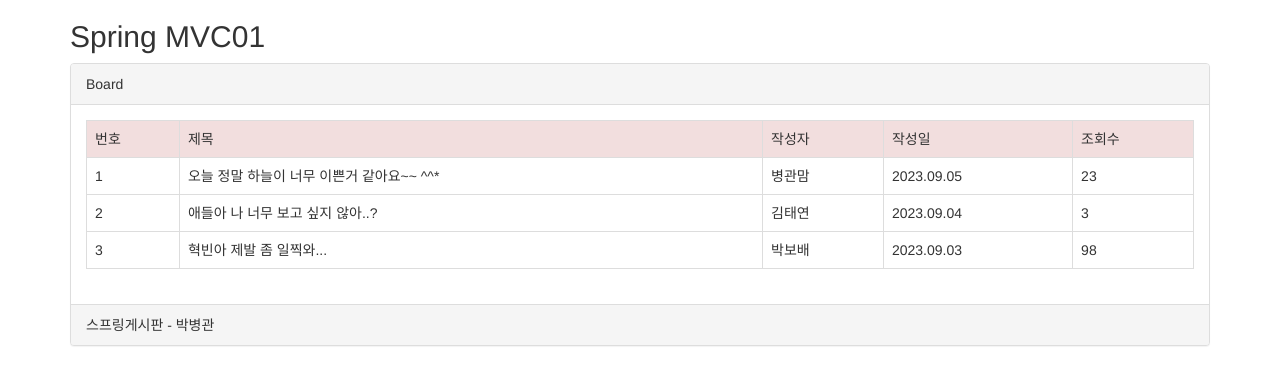
Repository: juhyun98/Spring
Page: http://localhost/SpringMVC01/boardList.do
An editor plug-in stored every save of this project. The page is shown before and after the next save, followed by the edit.
The browser window is 1280 px wide. The pictures show the whole page.
The page is served by Tomcat 9. Other server files are loaded and not shown.

Above is the page before, as saved 2023-09-05 02:13:00.

### SpringMVC01/src/main/webapp/WEB-INF/views/boardList.jsp
<%@ page language="java" contentType="text/html; charset=UTF-8"
	pageEncoding="UTF-8"%>
<%@ taglib prefix="c" uri="http://java.sun.com/jsp/jstl/core" %>
<!DOCTYPE html>
<html>
<head>
<meta charset="UTF-8">
<link rel="stylesheet" href="https://maxcdn.bootstrapcdn.com/bootstrap/3.4.1/css/bootstrap.min.css">
<script src="https://ajax.googleapis.com/ajax/libs/jquery/3.6.4/jquery.min.js"></script>
<script src="https://maxcdn.bootstrapcdn.com/bootstrap/3.4.1/js/bootstrap.min.js"></script>
<title>Insert title here</title>
</head>
<body>

	<div class="container">
		<h2>Spring MVC01</h2>
		<div class="panel panel-default">
			<div class="panel-heading">Board</div>
			<div class="panel-body">
				<table class="table table-bordered table-hover">
					<tr class="danger">
						<td>번호</td>
						<td>제목</td>
						<td>작성자</td>
						<td>작성일</td>
						<td>조회수</td>
					</tr>

					<tr>
						<td>1</td>
						<td>오늘 정말 하늘이 너무 이쁜거 같아요~~ ^^*</td>
						<td>병관맘</td>
						<td>2023.09.05</td>
						<td>23</td>
					</tr>

					<tr>
						<td>2</td>
						<td>애들아 나 너무 보고 싶지 않아..?</td>
						<td>김태연</td>
						<td>2023.09.04</td>
						<td>3</td>
					</tr>

					<tr>
						<td>3</td>
						<td>혁빈아 제발 좀 일찍와...</td>
						<td>박보배</td>
						<td>2023.09.03</td>
						<td>98</td>
					</tr>

				</table>
			</div>
			<div class="panel-footer">스프링게시판 - 박병관</div>
		</div>
	</div>

</body>
</html>

After the next save:
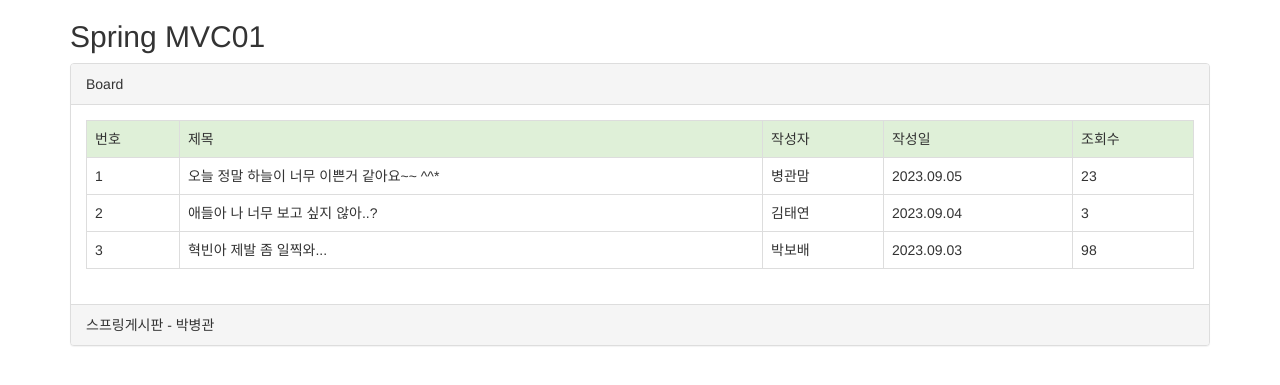
Saved 9 s later.
--- a/SpringMVC01/src/main/webapp/WEB-INF/views/boardList.jsp
+++ b/SpringMVC01/src/main/webapp/WEB-INF/views/boardList.jsp
@@ -18,7 +18,7 @@
 			<div class="panel-heading">Board</div>
 			<div class="panel-body">
 				<table class="table table-bordered table-hover">
-					<tr class="danger">
+					<tr class="success">
 						<td>번호</td>
 						<td>제목</td>
 						<td>작성자</td>

After the save that followed:
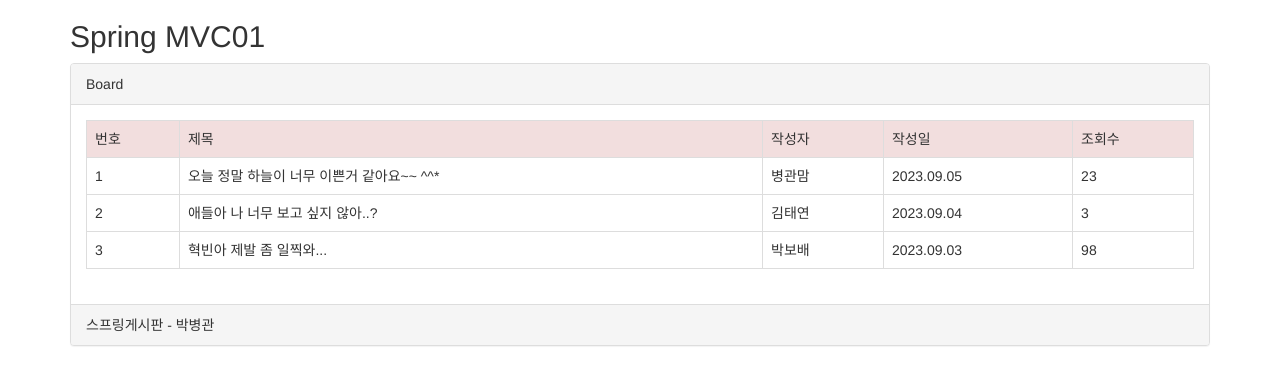
Saved 6 s later.
--- a/SpringMVC01/src/main/webapp/WEB-INF/views/boardList.jsp
+++ b/SpringMVC01/src/main/webapp/WEB-INF/views/boardList.jsp
@@ -18,7 +18,7 @@
 			<div class="panel-heading">Board</div>
 			<div class="panel-body">
 				<table class="table table-bordered table-hover">
-					<tr class="success">
+					<tr class="danger">
 						<td>번호</td>
 						<td>제목</td>
 						<td>작성자</td>
